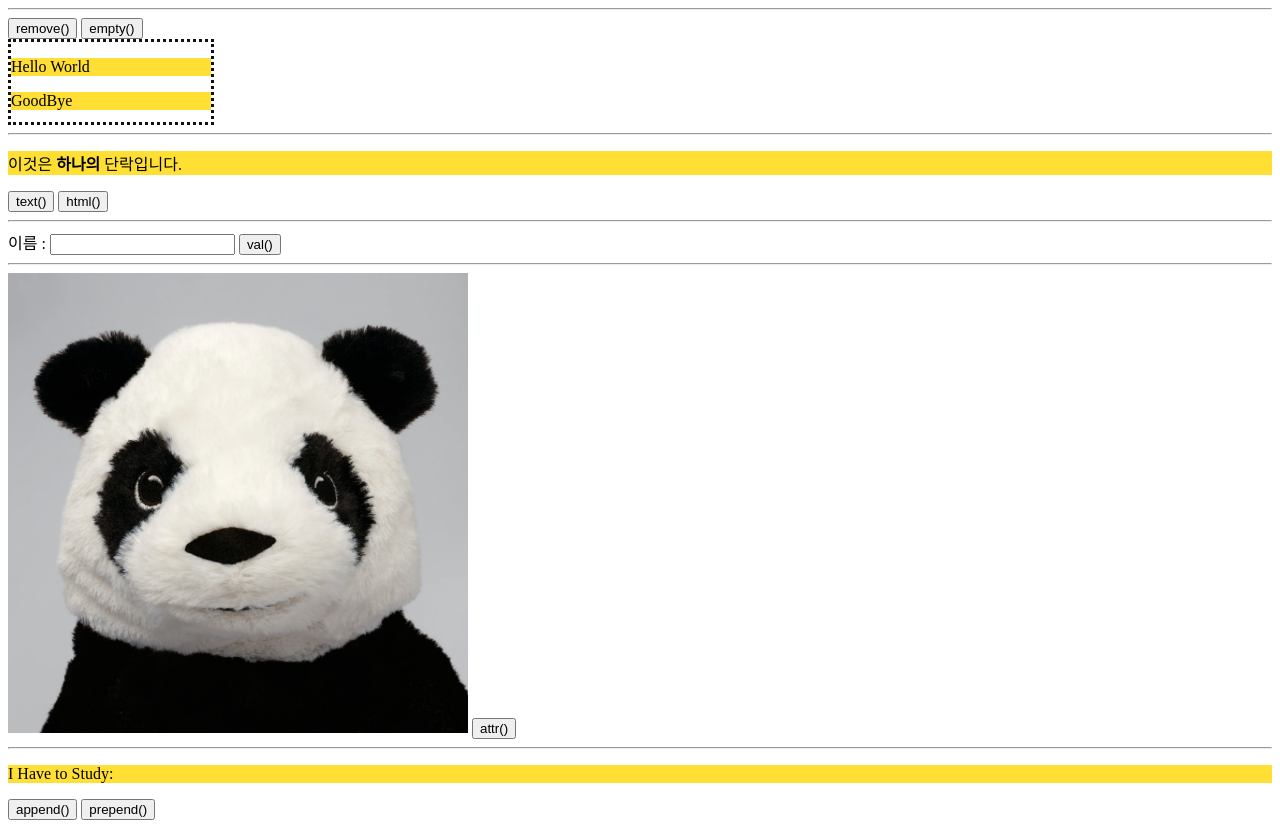
Repository: yujisu01/2021_504_java
Page: javascript_jquery/WebContent/jQuery_ex02.html
The author's editor kept a copy of each file at every save. The page is drawn from the files as they stood at one save, then again after the next save.
The browser window is 1280 px wide. The pictures show the whole page.

Above is the page before, as saved 2021-04-15 05:34:15.

### javascript_jquery/WebContent/jQuery_ex02.html
<!DOCTYPE html>
<html>
<head>
<meta charset="UTF-8">
<title>Insert title here</title>
<style type="text/css">
	p{
		background-color: #ffdf33;
	}
	.container{
		height: 80px;
		width: 200px;
		border:3px dotted #111111;
	}
</style>
<script type="text/javascript" src="js/jQuery3.x/jquery-3.6.0.js"></script>
<script type="text/javascript">
	$().ready(function(){
		$("#text").click(function() {
			alert($("target").text());
		});
		$("#html").click(function() {
			alert($("target").html());
		});
		$("#val").click(function() {
			alert($("#irum").val());
			// 입력된값 가져옴
			console.log($("#irum").val());
		});
		$("#attr").click(function() {
			alert($("#chain_dog").attr("src"));
		});
		$("#button1").click(function() {
			// 태그처럼 인식을 할수있다.
			$("#append").append("<b style='color:#fdd063'>Yes sir zz</b>");
		});
		$("#button2").click(function() {
			$("#append").prepend("<b style='color:#ddd333'>Yes sir zz</b>");
		});
		$("#remove").click(function() {
			$(".container").remove();
		});
		$("#empty").click(function() {
			$(".container").empty();
		});

	});
</script>
</head>
<body>
	<hr>
	<button id="remove">remove()</button>
	<button id="empty">empty()</button>
	<br>
	<div class="container">
		<p class="hello">Hello World</p>
		<p class="goodbye">GoodBye</p>
	</div>
	<hr>
	<p id="target">이것은 <strong>하나의</strong> 단락입니다.</p>
	<button id="text">text()</button>
	<button id="html">html()</button>
	<hr>
	이름 : <input type="text" id="irum" >
	<button id="val">val()</button>
	<hr>
	<img id="chain_dog" alt="공부하는 강아지" src="images/image35.png"
	width="460px;" height="460px;">
	<button id="attr">attr()</button>
	<hr>
	<p id="append">I Have to Study:</p>
	<button id="button1">append()</button>
	<button id="button2">prepend()</button>
</body>
</html>

Loaded but not shown: javascript_jquery/WebContent/js/jQuery3.x/jquery-3.6.0.js (library)

After the next save:
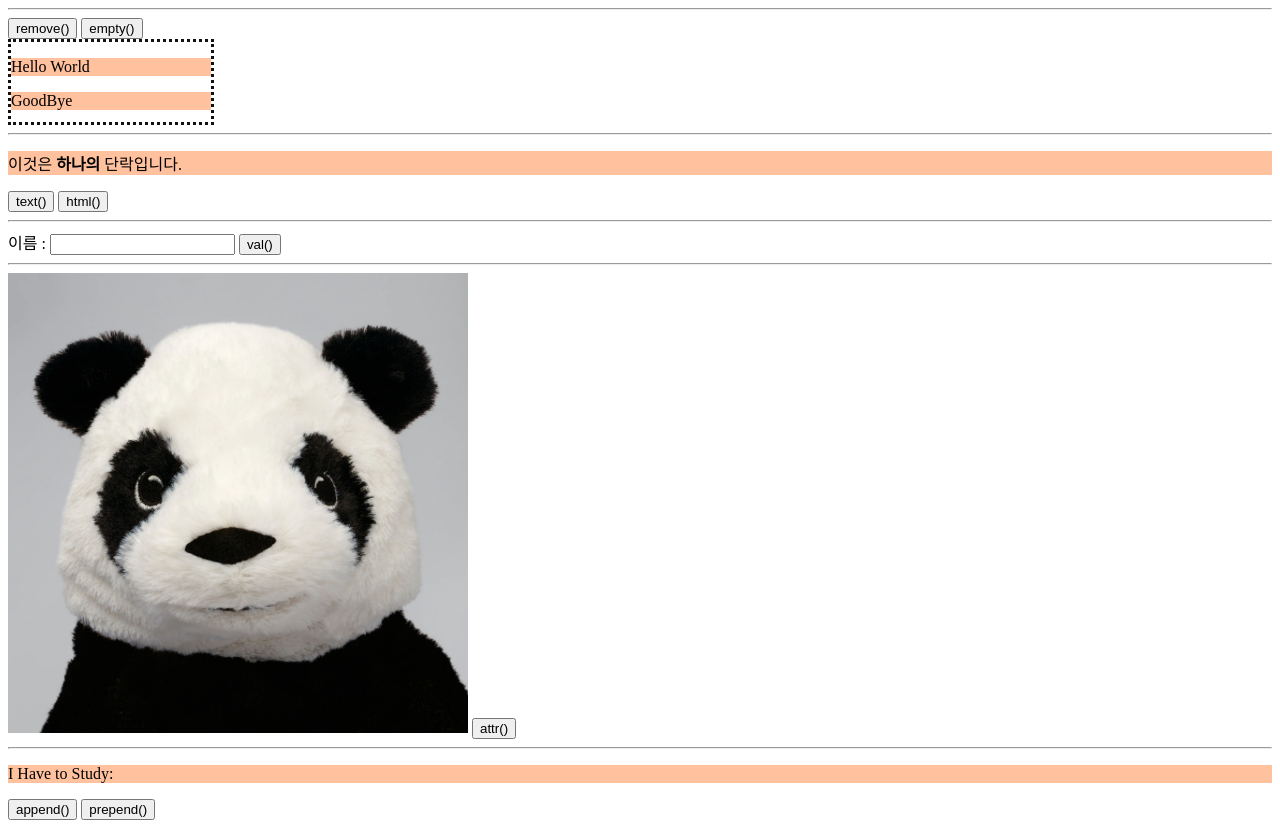
Saved 19 s later.
--- a/javascript_jquery/WebContent/jQuery_ex02.html
+++ b/javascript_jquery/WebContent/jQuery_ex02.html
@@ -5,7 +5,7 @@
 <title>Insert title here</title>
 <style type="text/css">
 	p{
-		background-color: #ffdf33;
+		background-color: #ffc19e;
 	}
 	.container{
 		height: 80px;
